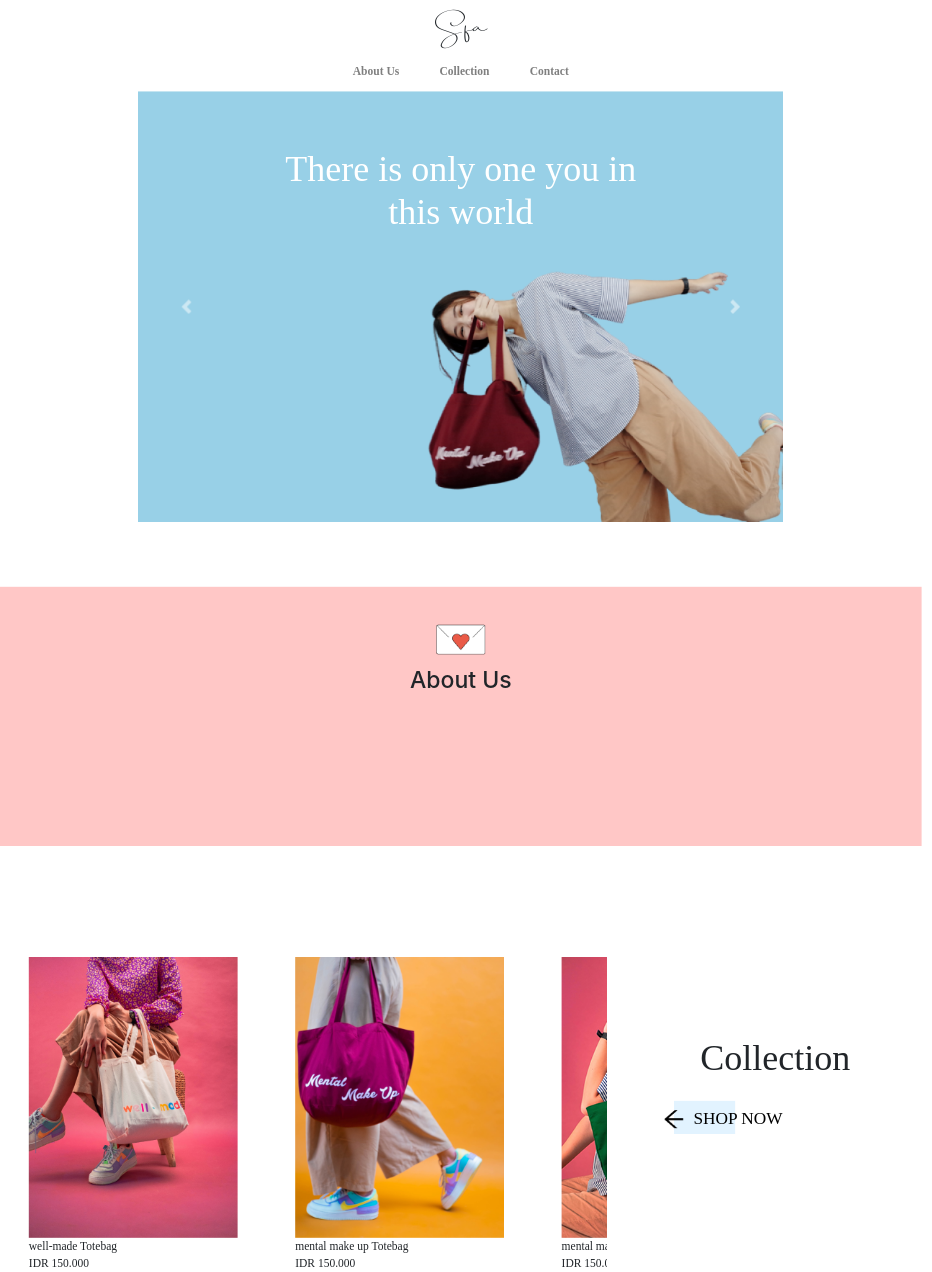
Repository: bismowibi/savoir
Page: index.html
The author's editor kept a copy of each file at every save. The page is drawn from the files as they stood at one save, then again after the next save.
The browser window is 1280 px wide. The page is 1295 px wide, so the pictures cover 1295 px, including what lies to the right of the window. The pictures show the whole page, at 72% of full size.
Some web libraries are served in a nearby version.

Above is the page before, as saved 2020-04-04 03:22:03.

### index.html
<!doctype html>
<html lang="en">

<head>
  <title>Title</title>
  <!-- Required meta tags -->
  <meta charset="utf-8">
  <meta name="viewport" content="width=device-width, initial-scale=1, shrink-to-fit=no">
  <!-- Internal CSS -->
  <link rel="stylesheet" href="style.css">
  <!-- Bootstrap CSS -->
  <link rel="stylesheet" href="https://stackpath.bootstrapcdn.com/bootstrap/4.3.1/css/bootstrap.min.css"
    integrity="sha384-ggOyR0iXCbMQv3Xipma34MD+dH/1fQ784/j6cY/iJTQUOhcWr7x9JvoRxT2MZw1T" crossorigin="anonymous">
  <!-- Icon -->
  <script src="https://kit.fontawesome.com/c5d0666ee9.js" crossorigin="anonymous"></script>
</head>

<body>

  <!-- Optional JavaScript -->
  <!-- jQuery first, then Popper.js, then Bootstrap JS -->
  <script src="https://code.jquery.com/jquery-3.3.1.slim.min.js"
    integrity="sha384-q8i/X+965DzO0rT7abK41JStQIAqVgRVzpbzo5smXKp4YfRvH+8abtTE1Pi6jizo" crossorigin="anonymous">
  </script>
  <script src="https://cdnjs.cloudflare.com/ajax/libs/popper.js/1.14.7/umd/popper.min.js"
    integrity="sha384-UO2eT0CpHqdSJQ6hJty5KVphtPhzWj9WO1clHTMGa3JDZwrnQq4sF86dIHNDz0W1" crossorigin="anonymous">
  </script>
  <script src="https://stackpath.bootstrapcdn.com/bootstrap/4.3.1/js/bootstrap.min.js"
    integrity="sha384-JjSmVgyd0p3pXB1rRibZUAYoIIy6OrQ6VrjIEaFf/nJGzIxFDsf4x0xIM+B07jRM" crossorigin="anonymous">
  </script>

  <section id="title">
    <div class="container-fluid">

      <!-- Header-logo -->
      <header id="site-header">
        <h5>Sfa</h5>
      </header>

      <!-- Navigation Bar -->
      <nav class="navbar navbar-expand-lg navbar-light">
        <a class="navbar-brand d-block d-sm-block d-md-bock d-lg-none navbar-right" style="float: none;"
          href="#">Sfa</a>

        <!-- Navbar Collapse Button -->
        <button class="navbar-toggler" type="button" data-toggle="collapse" data-target="#navbarTogglerDemo02"
          aria-controls="navbarTogglerDemo02" aria-expanded="false" aria- label="Toggle navigation">
          <span class="navbar-toggler-icon"></span>
        </button>

        <!-- Navbar Menu -->
        <div class="collapse navbar-collapse" id="navbarTogglerDemo02">
          <ul class="navbar-nav mx-auto">
            <li class="nav-item"><a class="nav-link" href="">About Us</a></li>
            <li class="nav-item"><a class="nav-link" href="">Collection</a></li>
            <li class="nav-item"><a class="nav-link" href="">Contact</a></li>
          </ul>
      </nav>
  </section>

  <!-- Home  -->
  <section id="home">
    <!-- <div class="container"> -->
    <div id="carouselExampleControls" class="carousel slide" data-ride="carousel" data-interval="0">
      <div class="carousel-inner">
        <!-- Card 1  -->
        <div class="carousel-item active">
          <div class="row card-1">
            <div class="col-lg-12">
              <h2 class="text-center">There is only one you in <br>this world</h2>
            </div>
            <div class="col-lg-12">
              <img class="img-card-1" src="/Photos/card-1.png" alt="">
            </div>
          </div>
        </div>
        <!-- Card 2  -->
        <div class="carousel-item">
          <div class="row card-2">
            <div class="col-lg-6">
              <img class="img-card-2" src="/Photos/card-2.png" alt="">
            </div>
            <div class="col-lg-6">
              <h2>Chic and <br>Colourful</h2>
            </div>
          </div>
        </div>
        <!-- Card 3 -->
        <div class="carousel-item">
          <div class="row card-3">
            <div class="col-lg-6">
              <h2>Savoir Faire Attache</h2>
            </div>
            <div class="col-lg-6">
              <img class="img-card-3" src="/Photos/card-3.png" alt="">
            </div>
          </div>
        </div>
        <!-- Card 4 -->
        <div class="carousel-item">
          <div class="row card-4">
            <div class="col-lg-6">
              <h2>Grab yours now!</h2>
            </div>
            <div class="col-lg-6">
              <img class="img-card-4" src="/Photos/card-4-n.png" alt="">
            </div>
          </div>
        </div>
      </div>
      <!-- Button Slider  -->
      <a class="carousel-control-prev" href="#carouselExampleControls" role="button" data-slide="prev">
        <span class="carousel-control-prev-icon" aria-hidden="true"></span>
        <span class="sr-only">Previous</span>
      </a>
      <a class="carousel-control-next" href="#carouselExampleControls" role="button" data-slide="next">
        <span class="carousel-control-next-icon" aria-hidden="true"></span>
        <span class="sr-only">Next</span>
      </a>
    </div>
    </div>
  </section>

  <section id="about-us">
    <div class="container-fluid">
      <div class="row text-center">
        <div class="col-about col-lg-12 ">
          <img class="love-letter" src="/Photos/love-letter.png" alt="">
        </div>
        <div class="col-lg-12 text-center">
          <h2>About Us</h2>
          <p class=""> </p>
        </div>
      </div>
    </div>
    </div>
  </section>


  <!-- Collection -->
  <section id="collection">
    <!-- Scroling -->
    <div class="row scrolling-row">
      <div class="col-lg-8 sm-12">
        <div class="scrolling-wrapper-flexbox">
          <div class="card">
            <img src="/Photos/img-collect-1.png" alt="">
            <span>well-made Totebag <br>IDR 150.000<span>
          </div>
          <div class="card">
            <img src="/Photos/img-collect-2.png" alt="">
            <span>mental make up Totebag <br>IDR 150.000<span>
          </div>
          <div class="card">
            <img src="/Photos/img-collect-3.png" alt="">
            <span>mental make up Totebag <br>IDR 150.000<span>
          </div>
          <div class="card">
            <img src="/Photos/img-collect-4.png" alt="">
            <span>amore Totebag <br>IDR 150.000<span>
          </div>
        </div>
      </div>
      <div class="shop-now col-lg-4 sm-12">
        <h1 class="text-center">Collection</h1>
        <div class="arrow">
          <img class="img-arrow" src="/Photos/arrow-biru.png" alt="">
          <a href="https://linktr.ee/savoirfaire_attache" target="_blank">
            <h4> SHOP NOW</h4>
          </a>
        </div>

      </div>
      </di>

  </section>













</body>

</html>

### style.css
/* Header - Logo */
#site-header {
    text-align: center;
    padding-top: 2%;
    font-family: "BeautyDream";
    font-size: 4rem;
}

#site-header h5 {
    font-size: 2rem;
}



/* Home Card Background */
.card-1 {
    background-color: #98D0E7;
}

.card-2 {
    background-color: #D54C63;
}

.card-3 {
    background-color: #FECF70;
}

.card-4 {
    background-color: #F7E6D8;
}

/* Home */
#home {
    padding: 0% 15% 7%;
}

#carouselExampleControls h2 {
    font-family: "Futura";
    font-size: 50px;
    position: relative;
}

/* Card 1  */
.img-card-1 {
    position: relative;
    left: 35%;
    height: 470px;
}

.card-1 h2 {
    top: 60%;
    color: white;
}

/* Card 2 */
.img-card-2 {
    position: relative;
    left: 25%;
}

.card-2 h2 {
    color: #ffff;
    top: 40%;
    left: 10%;
}

/* Card 3 */
.card-3 h2 {
    color: #9C7C62;
    top: 35%;
    left: 23%;
}

/* Card-4 */
.card-4 h2 {
    left: 30%;
    top: 20%;
    color: #D54C63;
}

.img-card-4{

}
/* About Us */
#about-us {
    background-color: #FFC7C6;
    height: 360px;
    /* text-align: center; */
    padding: 3% 15% 3%;
}

.col-about h2 {
    font-size: 50px;
}


/* Collection */

#collection {
    padding-top: 12%;
    font-family: "GTWalsheimProRegular";
}

.scrolling-wrapper-flexbox {
    display: flex;
    flex-wrap: nowrap;
    overflow-x: auto;


}

.scrolling-wrapper-flexbox::-webkit-scrollbar {
    display: none;

}


.card {
    flex: 0 0 auto;
    /* height: 290px;
    width: 390px; */
    margin-left: 40px;
    margin-right: 40px;
    border: none !important;

}

#collection h1 {
    font-size: 50px;
    margin-top: 110px;

}

.arrow {
    margin-left: 45px;
    margin-top: 30px;

}

.arrow h4 {
    left: 24%;
    position: absolute;
    top: 48%;
}

#collection a {
    color: black;
}

#collection a:hover {
    color: #d24967;
}






/* Mobile Version */
@media only screen and (max-width:990px) {
    #site-header {
        display: none;
    }
}

/* Navigation Bar */
.navbar-nav>li {
    padding-left: 20px;
    padding-right: 20px;
    font-family: "GTWalsheimProRegular";
    font-weight: bold;
}

.navbar-brand {
    font-family: "BeautyDream";
    font-size: 2.5rem !important;
}



@media only screen and (max-width:990px) {
    #home {
        padding: 0 0 0 0 !important;
    }

    /* Heading 2 Mobile */
    #carouselExampleControls h2 {
        font-size: 30px;
        justify-content: center;
        display: flex;
        flex-direction: column;
        left: 27%;
    }

    /* Card 1 Mobile */
    .img-card-1 {
        height: 448px;
        position: relative;
        left: 4%;

    }

    /* Card 2 Mobile */
    .img-card-2 {
        position: relative;
        top: 30%;
        left: 10%;
        width: 80%;
    }

    .card-2 h2 {
        top: -490%
    }

    /* Card 3 Mobile */
    .card-3 h2 {
        top: 70% !important;
    }

    .img-card-3 {
        width: 80%;
        position: relative;
        left: 10%;
        top: 7%;

    }

    /* Card 4 Mobile */
    .img-card-4 {
        width: 81.5%;
        left: 10%;
        position: relative;
        top: 5%;
    }

    .card-3 h2 {

        top: 45%;
    }


    /* About Us Mobile Ver */
    #about-us {
        margin-top: 20%;
        padding-left: 0%;
        padding-right: 0%;
    }

    #about-us h2 {
        font-size: 30px;
    }

    #about-us p {
        font-size: 13px;
    }

    /* Collection  Mobile Ver*/
    #collection {
        padding-top: 20%;
    }

    #collection h1 {
        font-size: 30px;
        margin-top: 0;

    }

    .arrow h4 {
        font-size: 15px;
        ;
        left: 30%;

    }

    .scrolling-row {
        display: flex;
        flex-direction: column-reverse;
    }

    .img-arrow {
        left: 5%;
        position: relative;
        margin-bottom: 13%;
    }
}

}

/* Font  */



@font-face{

    font-family: 'GTWalsheimProRegular';
    src: url('Font/GT Walsheim Pro Medium.eot');
    src: url('Font/GT Walsheim Pro Medium.eot?#iefix') format('embedded-opentype'),
         url('Font/GT Walsheim Pro Medium.woff2') format('woff2'),
         url('Font/GT Walsheim Pro Medium.woff') format('woff'),
         url('Font/GT Walsheim Pro Medium.svg#GTWalsheimProMedium') format('svg');
    font-weight: normal;
    font-style: normal;

    }


@font-face {

    font-family: 'BeautyDream';
    src: url('Font/Beauty-Dream.eot');
    src: url('Font/Beauty-Dream.eot?#iefix') format('embedded-opentype'),
         url('Font/Beauty-Dream.woff2') format('woff2'),
         url('Font/Beauty-Dream.woff') format('woff'),
         url('Font/Beauty-Dream.svg#Beauty-Dream') format('svg');
    font-weight: normal;
    font-style: normal;

    }

After the next save:
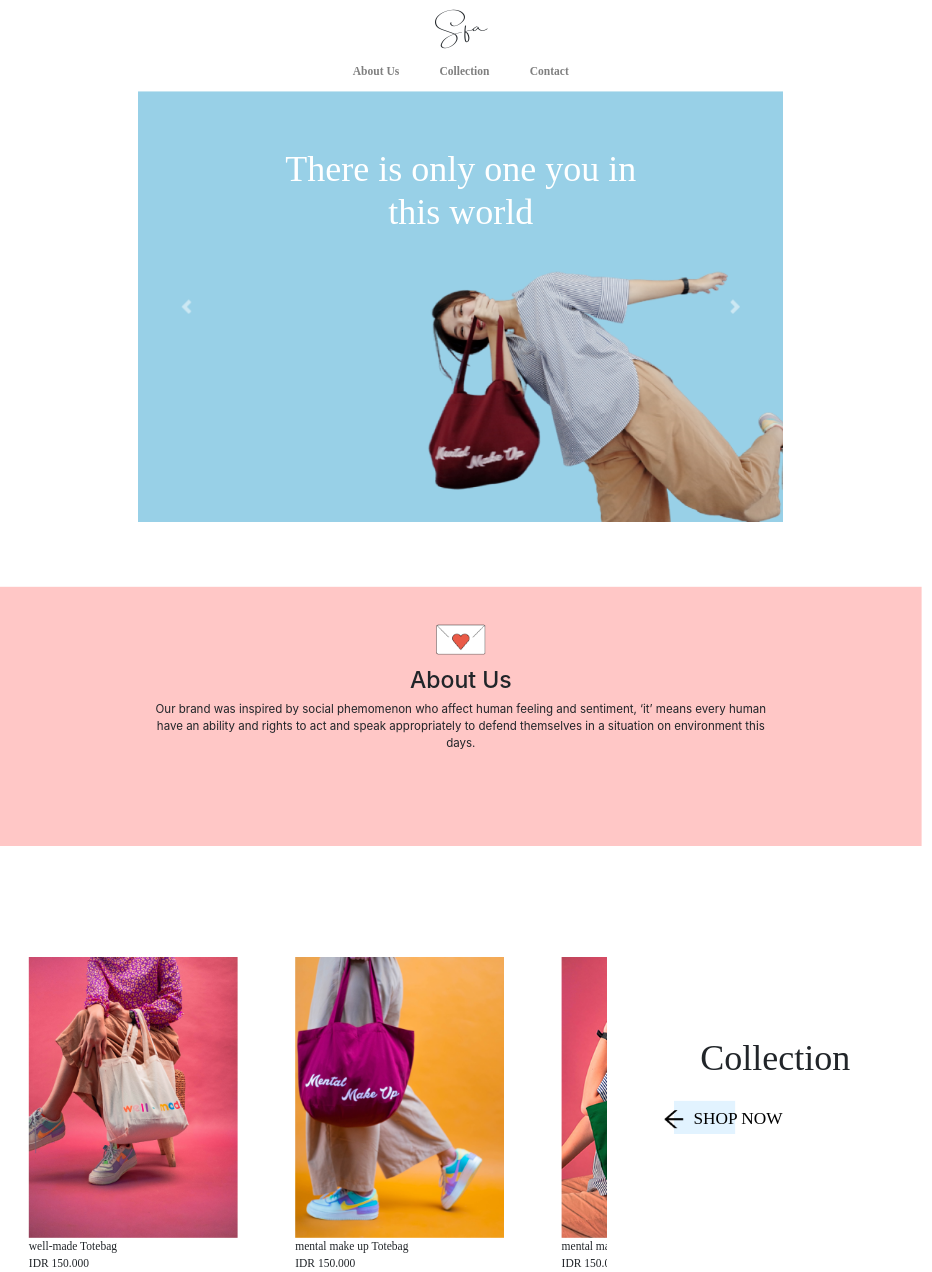
Saved 19 s later.
--- a/index.html
+++ b/index.html
@@ -129,7 +129,7 @@
         </div>
         <div class="col-lg-12 text-center">
           <h2>About Us</h2>
-          <p class=""> </p>
+          <p class="">Our brand was inspired by social phemomenon who affect human feeling and sentiment, ‘it’ means every human have an ability and rights to act and speak appropriately to defend themselves in a situation on environment this days. </p>
         </div>
       </div>
     </div>
